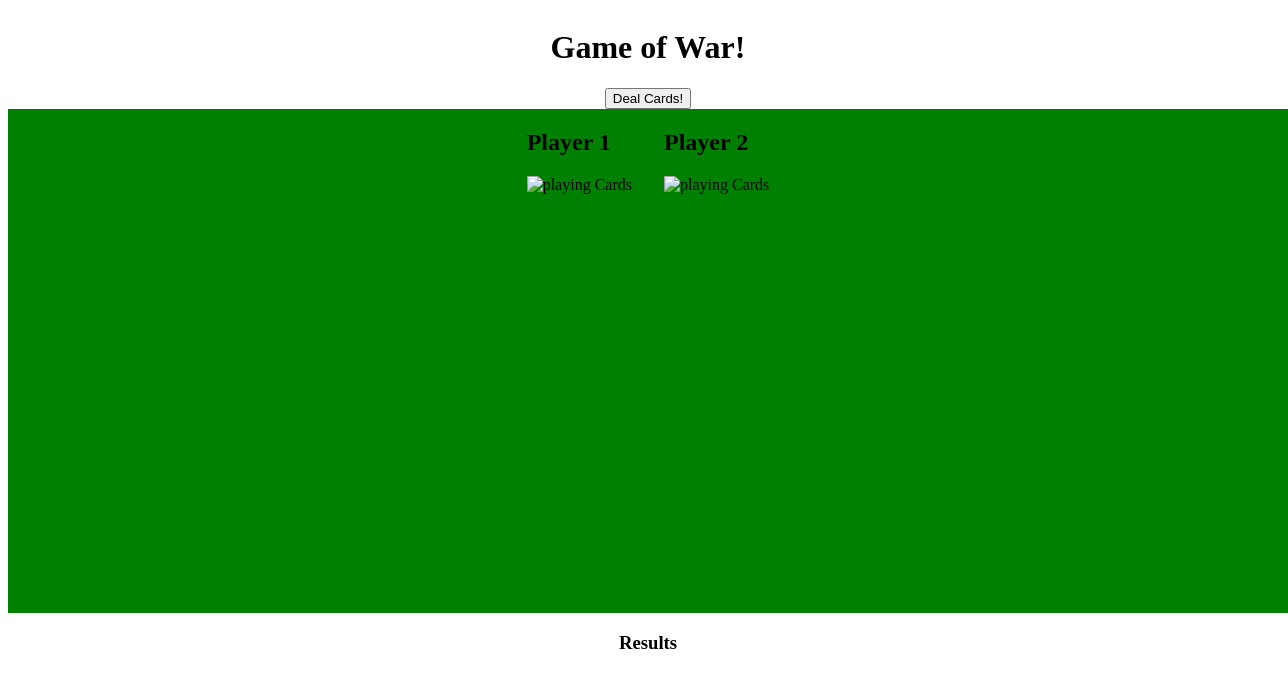
Repository: barroso2223/cakeByG
Page: index.html
The author's editor kept a copy of each file at every save. The page is drawn from the files as they stood at one save, then again after the next save.
The browser window is 1280 px wide. The page is 1288 px wide, so the pictures cover 1288 px, including what lies to the right of the window. The pictures show the whole page.

Above is the page before, as saved 2024-10-11 15:20:58.

After the next save:
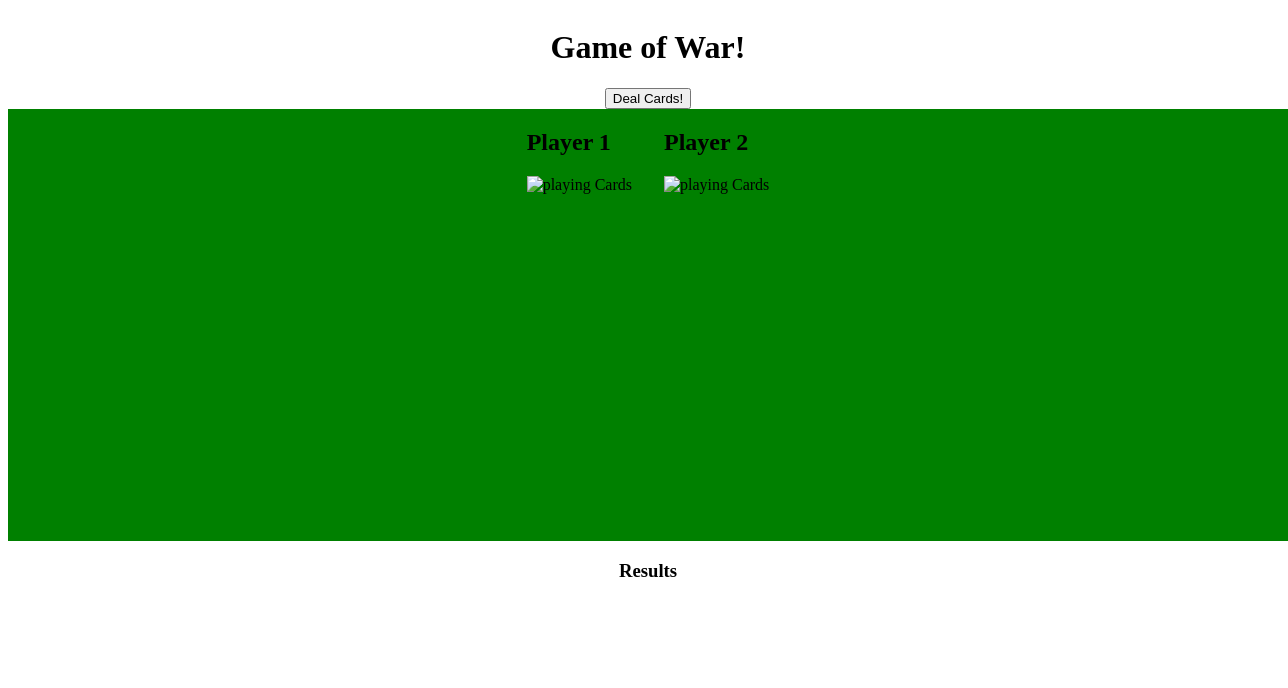
Saved 18 s later.
--- a/style.css
+++ b/style.css
@@ -9,7 +9,7 @@ body {
     align-content: center;
     background: green;
     width: 100dvw;
-    height: 70dvh;
+    height: 60dvh;
     gap: 2rem;
 }
 
